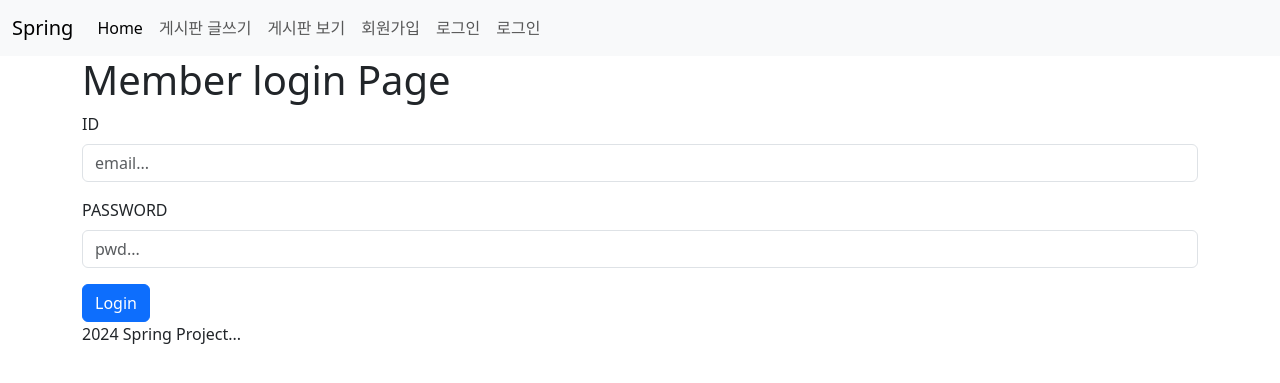
Repository: wanted2001/spring2_project
Page: http://localhost/spring_test2/WEB-INF/views/user/login.jsp
These files come from the project's save history. The page is drawn as it stood at one moment and after the next save; the edit follows.
The browser window is 1280 px wide. The pictures show the whole page.
The page is served by Tomcat 9. Nobody is signed in. Other server files are loaded and not shown. The template is opened directly, without the code that normally fills it, so the values that code supplies are empty.

Above is the page before, as saved 2024-05-08 05:36:15.

### spring_test2/src/main/webapp/WEB-INF/views/user/login.jsp
<%@ page language="java" contentType="text/html; charset=UTF-8"
	pageEncoding="UTF-8"%>
<%@ taglib uri="http://java.sun.com/jsp/jstl/core" prefix="c"%>
<jsp:include page="../layout/header.jsp" />
<div class="container-md">
	<h1>Member login Page</h1>
	<form action="/user/login" method="post">
		<div class="mb-3">
			<label for="i" class="form-label">ID</label> <input type="text"
				class="form-control" name="email" id="e" placeholder="email...">
		</div>
		<div class="mb-3">
			<label for="p" class="form-label">PASSWORD</label> <input
				type="password" class="form-control" name="pwd" id="p"
				placeholder="pwd...">
		</div>
		<c:if test="${not empty param.errMsg }">
			<div class="mb-3 text-danger">
				<c:choose>
					<c:when test="${param.errMsg eq 'Bad credentials'}">
						<c:set value="이메일 & 비밀번호가 일치하지 않습니다." var="errText"></c:set>
					</c:when>
					<c:otherwise>
						<c:set value="괸리자에게 문의하세요." var="errText"></c:set>
					</c:otherwise>
				</c:choose>
				${errText }
			</div>
		</c:if>

		<button type="submit" class="btn btn-primary">Login</button>
	</form>
</div>
<jsp:include page="../layout/footer.jsp" />

### spring_test2/src/main/webapp/WEB-INF/views/layout/header.jsp
<%@ page language="java" contentType="text/html; charset=UTF-8"
    pageEncoding="UTF-8"%>
<%@taglib uri="http://java.sun.com/jsp/jstl/core" prefix="c" %>
<%@taglib uri="http://www.springframework.org/security/tags" prefix="sec" %>
<!DOCTYPE html>
<html>
<head>
<meta charset="UTF-8">
<title>header.jsp</title>
<link href="/resources/css/bootstrap.min.css" rel="stylesheet"  crossorigin="anonymous">
<script src="/resources/js/bootstrap.bundle.min.js"  crossorigin="anonymous"></script>
</head>
<body>
<nav class="navbar navbar-expand-lg bg-body-tertiary">
  <div class="container-fluid">
    <a class="navbar-brand" href="/">Spring</a>
    <button class="navbar-toggler" type="button" data-bs-toggle="collapse" data-bs-target="#navbarSupportedContent" aria-controls="navbarSupportedContent" aria-expanded="false" aria-label="Toggle navigation">
      <span class="navbar-toggler-icon"></span>
    </button>
    <div class="collapse navbar-collapse" id="navbarSupportedContent">
      <ul class="navbar-nav me-auto mb-2 mb-lg-0">
        <li class="nav-item">
          <a class="nav-link active" aria-current="page" href="/">Home</a>
        </li>
        <li class="nav-item">
          <a class="nav-link" href="/board/register">게시판 글쓰기</a>
        </li>
        <li class="nav-item">
          <a class="nav-link" href="/board/list">게시판 보기</a>
        </li>
        <li class="nav-item">
          <a class="nav-link" href="/user/register">회원가입</a>
        </li>
        <li class="nav-item">
          <a class="nav-link" href="/user/login">로그인</a>
        </li>
        <li class="nav-item">
          <a class="nav-link" href="#">로그인</a>
        </li>


       <%--  <c:if test="${ses.id ne null }">
        <li class="nav-item">
          <a class="nav-link" href="/user/logout">로그아웃</a>
        </li>
        <li class="nav-item">
          <a class="nav-link" href="/user/modify">${ses.id }(${ses.email }) welcome!!!</a>
        </li>
        </c:if> --%>
  	  </ul>
    </div>
  </div>
</nav>

### spring_test2/src/main/webapp/WEB-INF/views/layout/footer.jsp
<%@ page language="java" contentType="text/html; charset=UTF-8"
    pageEncoding="UTF-8"%>
<div class="container-md">
	2024 Spring Project...
</div>

</body>
</html>

Loaded but not shown: spring_test2/src/main/webapp/resources/css/bootstrap.min.css (library); spring_test2/src/main/webapp/resources/js/bootstrap.bundle.min.js (library)

After the next save:
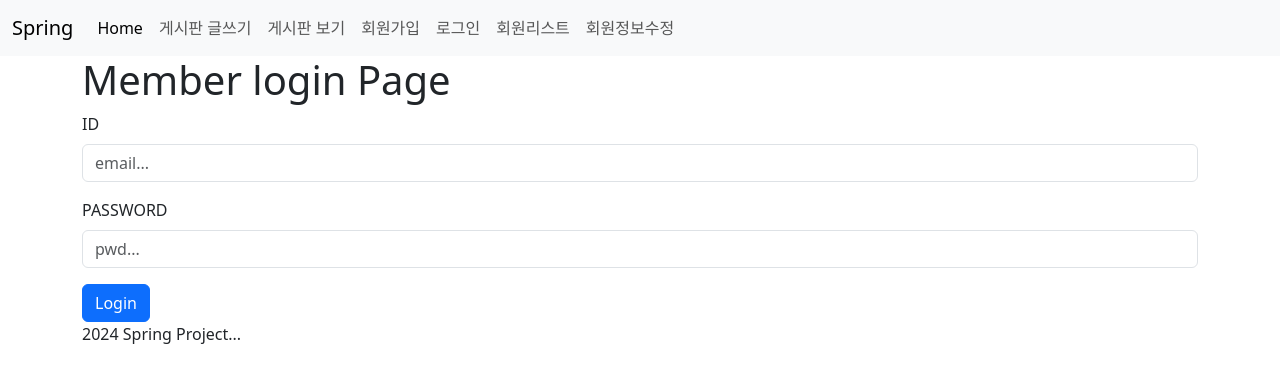
Saved 26 s later.
--- a/spring_test2/src/main/webapp/WEB-INF/views/layout/header.jsp
+++ b/spring_test2/src/main/webapp/WEB-INF/views/layout/header.jsp
@@ -35,7 +35,10 @@
           <a class="nav-link" href="/user/login">로그인</a>
         </li>
         <li class="nav-item">
-          <a class="nav-link" href="#">로그인</a>
+          <a class="nav-link" href="#">회원리스트</a>
+        </li>
+        <li class="nav-item">
+          <a class="nav-link" href="#">회원정보수정</a>
         </li>
 
 
